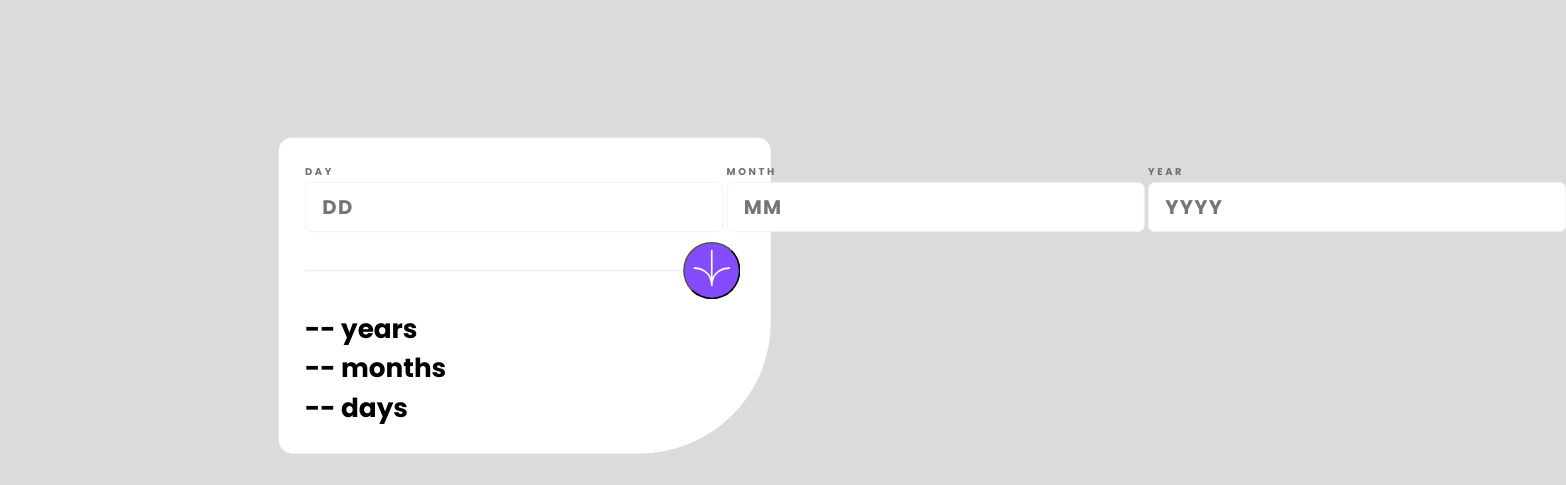
Repository: blordeus/age-calculator-app
Page: /
An editor plug-in stored every save of this project. The page is shown before and after a run of saves, followed by the edit.
The browser window is 1280 px wide. The page is 1910 px wide, so the pictures cover 1910 px, including what lies to the right of the window. The pictures show the whole page, at 82% of full size.
The project was rebuilt for these pictures with package versions that can differ from the ones it lists, and the page was loaded fresh each time.

Above is the page before, as saved 2023-08-23 15:50:03.

After the next 2 saves:
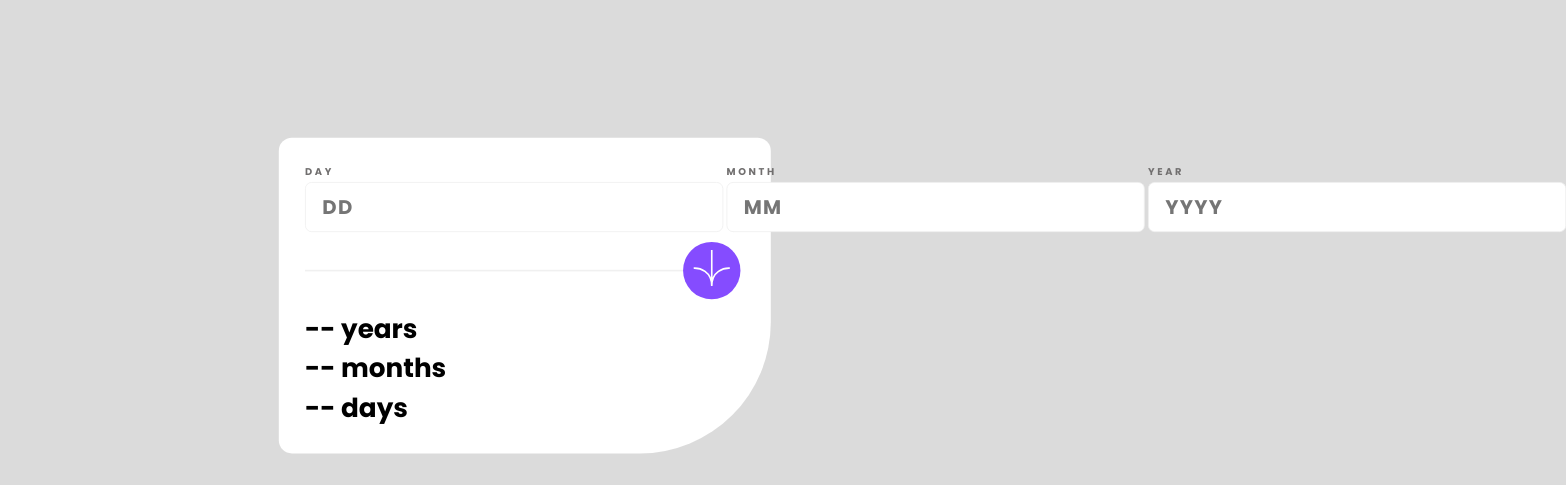
The 2 saves are shown as one change because they came seconds apart.
The last was saved 10 s later.
--- a/src/style.css
+++ b/src/style.css
@@ -94,5 +94,6 @@ body {
   height: 70px;
   border-radius: 50%;
   background-color: var(--Purple);
-  border
+  border:none;
+  curso
 }
